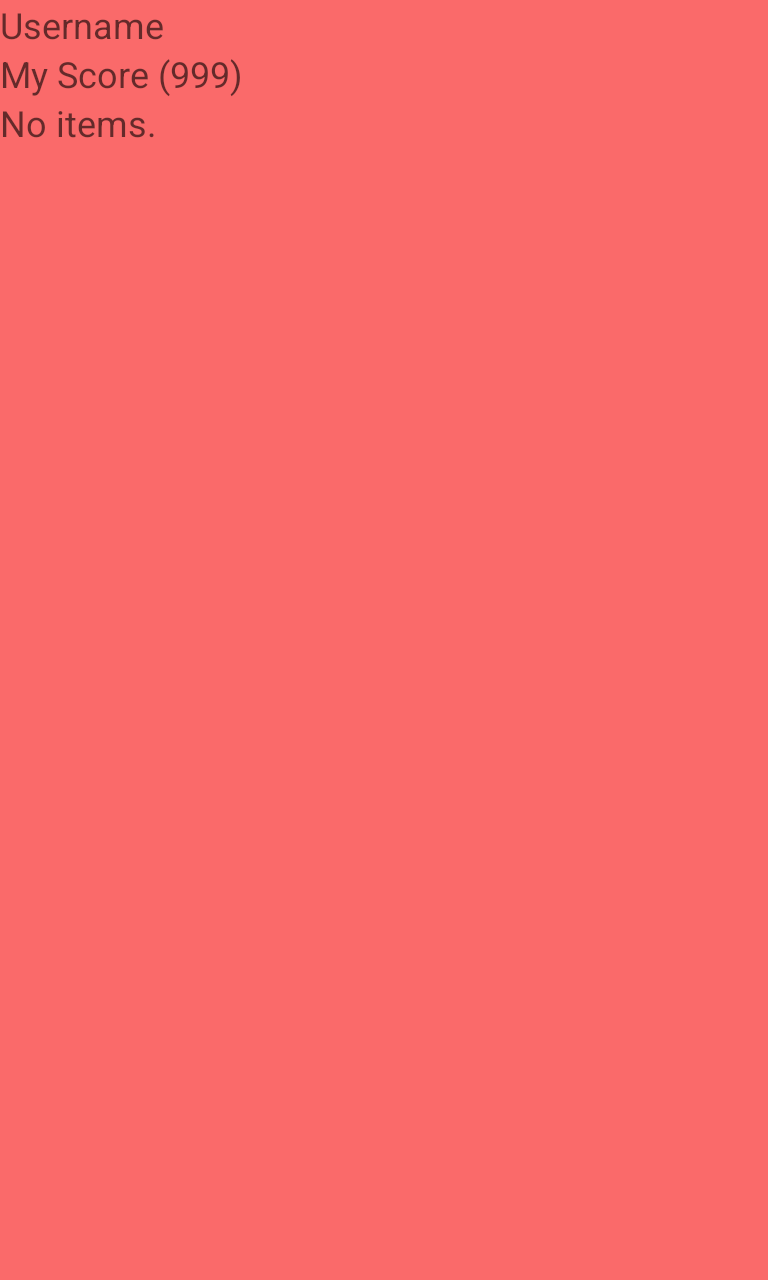
Repository: quantumlicht/android-capstone
Layout: capstone_client/res/layout/fragment_new_quiz.xml
The author's editor kept a copy of each file at every save. The layout is drawn from the files as they stood at one save, then again after the next save.
It is drawn on a 768 x 1280 px phone screen (xhdpi) without system bars, with theme AppTheme; the app's code is not run. Lists and similar views that code fills are empty. The app's manifest (not shown) leaves right-to-left support off. So textAlignment, textDirection and layoutDirection are ignored, and left and right values win over start and end ones.

Above is the layout before, as saved 2014-11-09 13:54:08.

### capstone_client/res/layout/fragment_new_quiz.xml
<?xml version="1.0" encoding="utf-8"?>
<LinearLayout xmlns:android="http://schemas.android.com/apk/res/android"
    android:layout_width="match_parent"
    android:layout_height="match_parent"
    android:orientation="vertical"
    android:background="#fa6a6a" >

        <TextView
        android:id="@+id/textView1"
        android:layout_width="wrap_content"
        android:layout_height="wrap_content"
        android:layout_alignParentLeft="true"
        android:layout_alignParentTop="true"
        android:text="Username"
        android:textAppearance="?android:attr/textAppearanceMedium" />

    <TextView
        android:id="@+id/textView2"
        android:layout_width="156dp"
        android:layout_height="wrap_content"
        android:layout_alignParentRight="true"
        android:layout_alignParentTop="true"
        android:gravity="fill_horizontal|right"
        android:text="My Score (999)"
        android:textAlignment="gravity"
        android:textAppearance="?android:attr/textAppearanceMedium" />

 <FrameLayout
        android:layout_width="match_parent"
        android:layout_height="0dip"
        android:layout_weight="1" >
        <!-- Here is the list. Since we are using a ListActivity, we
             have to call it "@android:id/list" so ListActivity will
             find it -->
        <ListView android:id="@+id/new_quiz_list"
            android:layout_width="match_parent"
            android:layout_height="match_parent"
            android:drawSelectorOnTop="false"/>

        <!-- Here is the view to show if the list is emtpy -->
        <TextView android:id="@android:id/empty"
            android:layout_width="match_parent"
            android:layout_height="match_parent"
            android:textAppearance="?android:attr/textAppearanceMedium"
            android:text="No items."/>

    </FrameLayout>

</LinearLayout>

### capstone_client/res/values/styles.xml
<resources>

    <!--
        Base application theme, dependent on API level. This theme is replaced
        by AppBaseTheme from res/values-vXX/styles.xml on newer devices.
    -->
    <style name="AppBaseTheme" parent="Theme.AppCompat.Light">
        <!--
            Theme customizations available in newer API levels can go in
            res/values-vXX/styles.xml, while customizations related to
            backward-compatibility can go here.
        -->
    </style>

    <!-- Application theme. -->
    <style name="AppTheme" parent="AppBaseTheme">
        <!-- All customizations that are NOT specific to a particular API-level can go here. -->
    </style>

    <declare-styleable name="FragmentArguments">
    	<attr name="android:label" />
	</declare-styleable>

</resources>

Loaded but not shown: capstone_client/res/values-v11/styles.xml (common file); capstone_client/res/values-v14/styles.xml (common file)

After the next save:
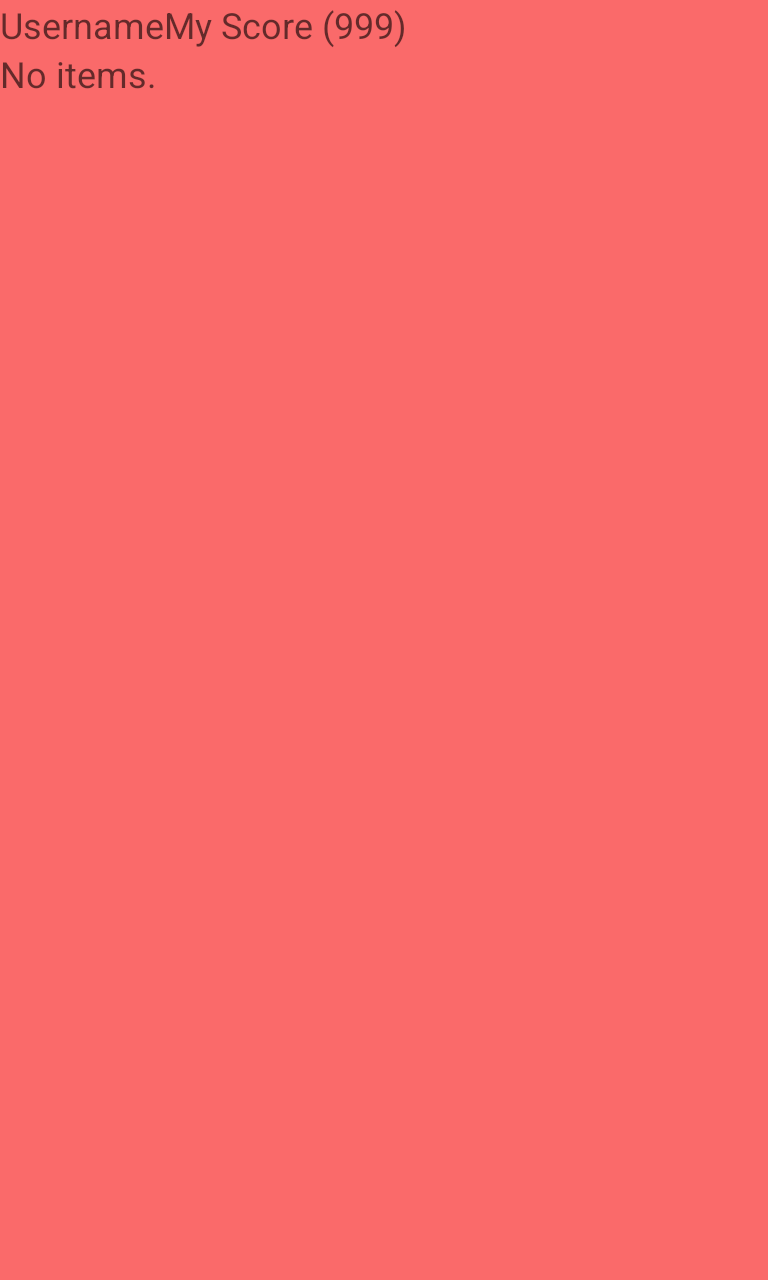
Saved 102 s later.
--- a/capstone_client/res/layout/fragment_new_quiz.xml
+++ b/capstone_client/res/layout/fragment_new_quiz.xml
@@ -2,48 +2,56 @@
 <LinearLayout xmlns:android="http://schemas.android.com/apk/res/android"
     android:layout_width="match_parent"
     android:layout_height="match_parent"
-    android:orientation="vertical"
-    android:background="#fa6a6a" >
+    android:background="#fa6a6a"
+    android:orientation="vertical" >
+
+    <LinearLayout
+        android:layout_width="match_parent"
+        android:layout_height="wrap_content" >
 
         <TextView
-        android:id="@+id/textView1"
-        android:layout_width="wrap_content"
-        android:layout_height="wrap_content"
-        android:layout_alignParentLeft="true"
-        android:layout_alignParentTop="true"
-        android:text="Username"
-        android:textAppearance="?android:attr/textAppearanceMedium" />
+            android:id="@+id/textView1"
+            android:layout_width="wrap_content"
+            android:layout_height="wrap_content"
+            android:text="Username"
+            android:textAppearance="?android:attr/textAppearanceMedium" />
 
-    <TextView
-        android:id="@+id/textView2"
-        android:layout_width="156dp"
-        android:layout_height="wrap_content"
-        android:layout_alignParentRight="true"
-        android:layout_alignParentTop="true"
-        android:gravity="fill_horizontal|right"
-        android:text="My Score (999)"
-        android:textAlignment="gravity"
-        android:textAppearance="?android:attr/textAppearanceMedium" />
+        <TextView
+            android:id="@+id/textView2"
+            android:layout_width="156dp"
+            android:layout_height="wrap_content"
+            android:gravity="fill_horizontal|right"
+            android:text="My Score (999)"
+            android:textAlignment="gravity"
+            android:textAppearance="?android:attr/textAppearanceMedium" />
 
- <FrameLayout
+    </LinearLayout>
+
+    <FrameLayout
         android:layout_width="match_parent"
         android:layout_height="0dip"
         android:layout_weight="1" >
-        <!-- Here is the list. Since we are using a ListActivity, we
+
+        <!--
+             Here is the list. Since we are using a ListActivity, we
              have to call it "@android:id/list" so ListActivity will
-             find it -->
-        <ListView android:id="@+id/new_quiz_list"
+             find it
+        -->
+
+        <ListView
+            android:id="@+id/new_quiz_list"
             android:layout_width="match_parent"
             android:layout_height="match_parent"
-            android:drawSelectorOnTop="false"/>
+            android:drawSelectorOnTop="false" />
 
         <!-- Here is the view to show if the list is emtpy -->
-        <TextView android:id="@android:id/empty"
+
+        <TextView
+            android:id="@android:id/empty"
             android:layout_width="match_parent"
             android:layout_height="match_parent"
-            android:textAppearance="?android:attr/textAppearanceMedium"
-            android:text="No items."/>
-
+            android:text="No items."
+            android:textAppearance="?android:attr/textAppearanceMedium" />
     </FrameLayout>
 
 </LinearLayout>
